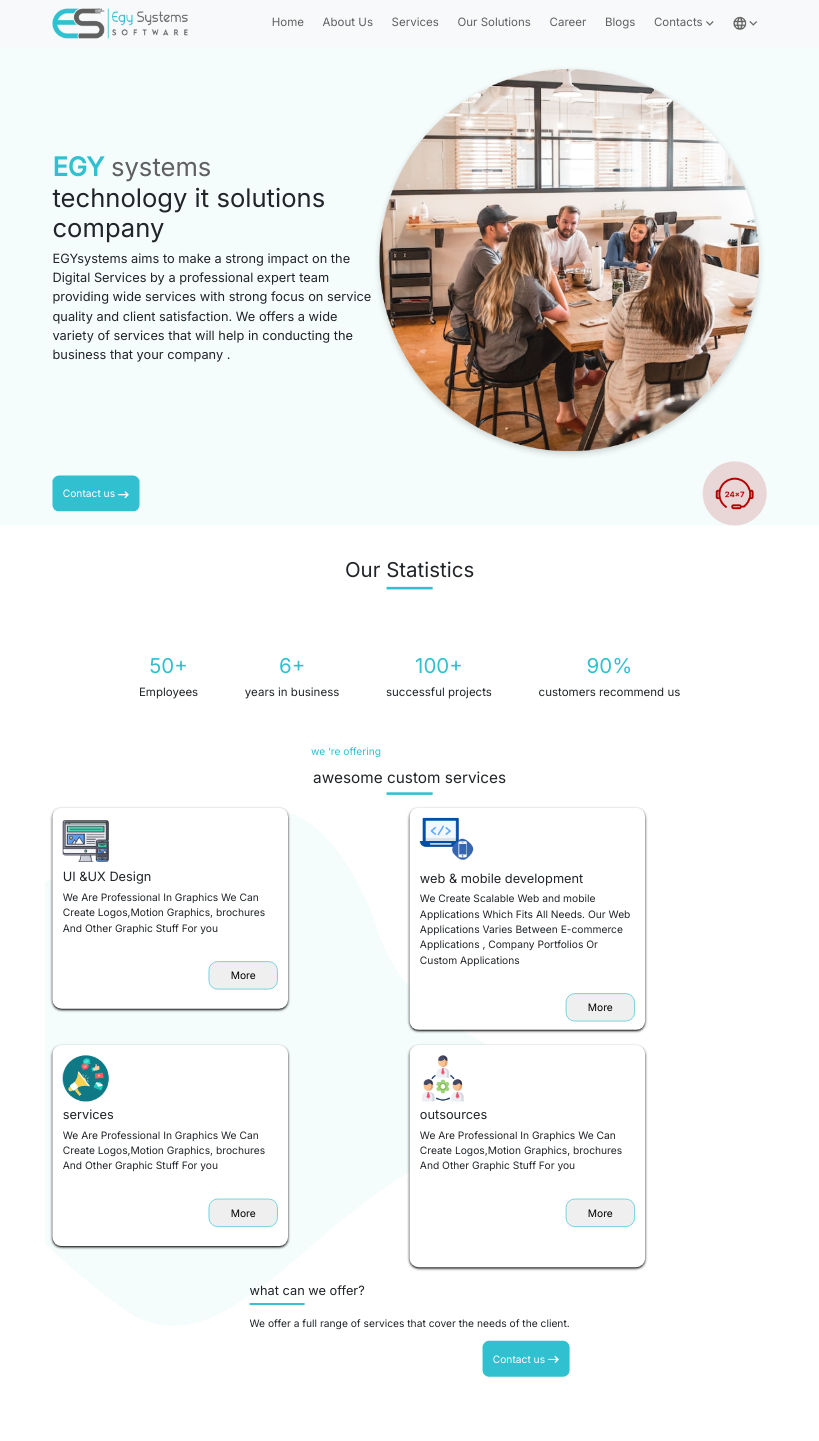
Repository: hamdyAbdelazeim/Egysystem-Home
Page: index.html
These files come from the project's save history. The page is drawn as it stood at one moment and after a run of saves; the edit follows.
The browser window is 1280 px wide. The pictures show the whole page, at 64% of full size.

Above is the page before, as saved 2023-07-13 11:23:39.

### index.html
<!DOCTYPE html>
<html lang="en">
  <head>
    <meta charset="UTF-8" />
    <meta name="viewport" content="width=device-width, initial-scale=1.0" />
    <title>Egy Systems</title>
    <!-- google fonts  -->
    <link rel="preconnect" href="https://fonts.googleapis.com" />
    <link rel="preconnect" href="https://fonts.gstatic.com" crossorigin />
    <link
      href="https://fonts.googleapis.com/css2?family=Inter&display=swap"
      rel="stylesheet"
    />
    <!-- bootstrap -->
    <link rel="stylesheet" href="/css/bootstrap.min.css" />
    <!-- css file  -->
    <link rel="stylesheet" href="/css/style.css" />
    <!-- Responsive file  -->
    <link rel="stylesheet" href="/css/responsive.css" />
  </head>
  <body>
    <!-- starting  Navbar  -->
    <nav class="navbar-cust navbar navbar-expand-lg bg-light fixed-top">
      <div class="container">
        <a href="#" class="navbar-brand"
          ><img src="/assets/logo 1.png" class="logo-img" alt="logo "
        /></a>

        <button
          class="navbar-toggler"
          type="button"
          data-bs-toggle="collapse"
          data-bs-target="#navmenu"
          style="border: none; box-shadow: none"
        >
          <span class="navbar-toggler-icon"
            ><img
              width="45"
              style="padding: 0.5rem"
              src="https://upload.wikimedia.org/wikipedia/commons/thumb/b/b2/Hamburger_icon.svg/120px-Hamburger_icon.svg.png"
              alt=""
          /></span>
        </button>

        <div class="collapse navbar-collapse" id="navmenu">
          <ul class="navbar-nav cust-ul">
            <li class="nav-item">
              <a href="#Home" class="nav-link cust-link">Home</a>
            </li>
            <li class="nav-item">
              <a href="#About" class="nav-link cust-link">About Us</a>
            </li>
            <li class="nav-item">
              <a href="#Services" class="nav-link cust-link">Services</a>
            </li>
            <li class="nav-item">
              <a href="#Solutions" class="nav-link cust-link">Our Solutions </a>
            </li>
            <li class="nav-item">
              <a href="#Career" class="nav-link cust-link">Career</a>
            </li>
            <li class="nav-item">
              <a href="#Blogs" class="nav-link cust-link">Blogs</a>
            </li>
            <li class="nav-item">
              <a href="" class="nav-link cust-link"
                >Contacts <img src="/assets/Vector.png" alt="vector"
              /></a>
            </li>
            <li class="nav-item">
              <a href="" class="nav-link language-icon"
                ><img src="/assets/language.png" alt="language" />
                <img src="/assets/Vector.png" alt=""
              /></a>
            </li>
          </ul>
        </div>
      </div>
    </nav>
    <!-- Ending Navbar  -->
    <!-- Home section  -->
    <div class="Home" id="Home">
      <div
        class="container Home-up d-flex justify-content-center align-items-center"
      >
        <div class="Home-left">
          <h1>
            <strong class="Egy">EGY</strong>
            <span class="system">systems</span> <br />technology it solutions<br />
            company
          </h1>
          <p>
            EGYsystems aims to make a strong impact on the Digital Services by a
            professional expert team providing wide services with strong focus
            on service quality and client satisfaction. We offers a wide variety
            of services that will help in conducting the business that your
            company .
          </p>
        </div>
        <img src="/assets/Ellipse 34.png" alt="" />
      </div>
      <div class="container d-flex justify-content-between align-items-center">
        <button class="contactUs-btn">
          Contact us <img src="/assets/Vector (right).png" alt="" />
        </button>
        <!-- <div>
          <img src="/assets/slider-left.png" alt="" /> 1/4
          <img src="/assets/slider-right.png" alt="" />
        </div> -->
        <img src="/assets//chat.png" alt="chat" />
      </div>
    </div>
    <!-- Ending Home  section  -->
    <!-- our statistics Section  -->
    <section class="our-statistics container w-100">
      <div class="statistics-up text-center">
        <h2>Our Statistics</h2>
        <p></p>
      </div>
      <div
        class="statistics-down d-flex align-items-center justify-content-between"
      >
        <div class="text-center">
          <h4>50+</h4>
          <p>Employees</p>
        </div>
        <div class="text-center">
          <h4>6+</h4>
          <p>years in business</p>
        </div>
        <div class="text-center">
          <h4>100+</h4>
          <p>successful projects</p>
        </div>
        <div class="text-center">
          <h4>90%</h4>
          <p>customers recommend us</p>
        </div>
      </div>
    </section>
    <!-- Ending our statistics  -->
    <!--  services   -->

    <!--  Ending services   -->
    <section class="services" id="services">
      <div class="service-up container">
        <p class="p-up">we ‘re offering</p>
        <h4 class="text-center">awesome custom services</h4>
        <p class="border-cust"></p>
      </div>
      <div class="service-down container d-flex align-items-center">
        <div class="service-down-left">
          <div class="service-item">
            <img src="/assets/service-item-1.png" alt="service-item-1" />
            <h5 class="mt-2">UI &UX Design</h5>
            <p>
              We Are Professional In Graphics We Can Create Logos,Motion
              Graphics, brochures And Other Graphic Stuff For you
            </p>
            <button>More</button>
          </div>
          <div class="service-item service-item-cust">
            <img src="/assets/service-item-2.png" alt="service-item-1" />
            <h5 class="mt-2">web & mobile development</h5>
            <p>
              We Create Scalable Web and mobile Applications Which Fits All
              Needs. Our Web Applications Varies Between E-commerce Applications
              , Company Portfolios Or Custom Applications
            </p>
            <button>More</button>
          </div>
          <div class="service-item">
            <img src="/assets/service-item-3.png" alt="service-item-1" />
            <h5 class="mt-2">services</h5>
            <p>
              We Are Professional In Graphics We Can Create Logos,Motion
              Graphics, brochures And Other Graphic Stuff For you
            </p>
            <button>More</button>
          </div>
          <div class="service-item service-item-cust">
            <img src="/assets/service-item-4.png" alt="service-item-1" />
            <h5 class="mt-2">outsources</h5>
            <p>
              We Are Professional In Graphics We Can Create Logos,Motion
              Graphics, brochures And Other Graphic Stuff For you
            </p>
            <button>More</button>
          </div>
        </div>
        <div class="service-down-right">
          <h5>what can we offer?</h5>
          <p class="border-p"></p>
          <p>
            We offer a full range of services that cover the needs of the
            client.
          </p>
          <button class="contactUs-btn float-end">
            Contact us <img src="/assets/Vector (right).png" alt="" />
          </button>
        </div>
      </div>
    </section>
    <!-- bootstrap js file  -->
    <script src="/js/bootstrap.bundle.min.js"></script>
  </body>
</html>

### css/style.css
/* setting my css roots  */

body {
  font-family: 'Inter', sans-serif;
}

:root {
  --primary: #30c0d0;
  --secondary: #606060;
  --third-party: #131313;
}

/* navbar  */
.cust-ul {
  width: 100%;
  justify-content: space-around;
  margin-left: 100px;
}

.cust-link {
  font-size: 18px;
  font-weight: 500;
  line-height: 22px;
  letter-spacing: 0em;
  text-align: left;
  color: var(--secondary);
  padding-bottom: 0.5rem;
}
.cust-link :hover {
  color: var(--primary) !important;
}
.nav-link:focus,
.nav-link:hover {
  color: var(--primary) !important;
  border-bottom: 2px solid var(--primary) !important;
  font-size: 20px;
}

.cust-link:active {
  color: var(--primary) !important;
  color: var(--primary) !important;
  border-bottom: 2px solid var(--primary) !important;
  font-size: 20px;
}

.language-icon {
  border-bottom: none !important;
  font-size: 12px !important;
}
/* Ending Navbar  */

/* Home Section  */
.Home {
  padding-top: 100px;
  background-color: #f4fcfc;
}

.Egy {
  color: var(--primary);
}
.system {
  color: var(--secondary);
}
.Home-left p {
  font-size: 20px;
}
.contactUs-btn {
  background-color: var(--primary);
  color: white;
  border: none;
  padding: 16px;
  border-radius: 10px;
  -webkit-border-radius: 10px;
  -moz-border-radius: 10px;
  -ms-border-radius: 10px;
  -o-border-radius: 10px;
}

/* Ending Home Section  */

/* our statistics Section  */

.our-statistics {
  width: 100%;
}
.statistics-up,
.statistics-down {
  padding-top: 50px;
  padding-bottom: 50px;
  width: 846px;
  margin: auto;
}
.statistics-up p {
  width: 72px;
  margin: auto;
  border-bottom: 4px solid var(--primary);
}
.statistics-down h4 {
  color: var(--primary);
  font-size: 32px;
}
.statistics-down p {
  font-size: 18px;
}

/* services */
.services {
  width: 100%;
}
.services .service-up {
  width: 332px;
  margin: auto;
  padding-bottom: 20px;
}
.services .service-up .p-up {
  text-align: start;
  font-size: 16px;
  color: var(--primary);
}

.services.service-up h4 {
  color: var(--third-party);
  font-size: 32px;
}
.services .service-up .border-cust {
  width: 72px;
  margin: auto;
  border-bottom: 4px solid var(--primary);
}

.service-down {
  background-image: url('/assets/Ellipse\ 53.png');
  background-repeat: no-repeat;
  margin-bottom: 100px;
}
.service-down .service-down-left {
  width: 65%;
  display: grid;
  grid-template-columns: auto auto;
}
.service-down .service-down-left .service-item {
  width: 368px;
  height: 314px;
  background-color: #ffffff;
  box-shadow: 0px 2px 4px 0px #000000;
  border-radius: 14px;
  -webkit-border-radius: 14px;
  -moz-border-radius: 14px;
  -ms-border-radius: 14px;
  -o-border-radius: 14px;
  padding: 1rem;
  margin-bottom: 1.5rem;
}
.service-down .service-down-left .service-item button {
  width: 108px;
  height: 44px;
  border: 1px solid var(--primary);
  padding: 0px, 16px, 0px, 16px;
  gap: 8px;
  border-radius: 14px;
  -webkit-border-radius: 14px;
  -moz-border-radius: 14px;
  -ms-border-radius: 14px;
  -o-border-radius: 14px;
  float: right;
  margin-top: 1.5rem;
}
.service-down .service-down-left .service-item button:hover {
  background-color: var(--primary);
  border: 1px solid var(--third-party);
  transition-duration: 0.3s;
  transition-timing-function: ease-in-out;
}

.service-item-cust {
  height: 347px !important;
  margin-bottom: 1.5rem !important;
}

.border-p {
  width: 86px;
  border-bottom: 3px solid var(--primary);
}

### css/responsive.css
@media only screen and (max-width: 1400px) {
  .service-down {
    flex-direction: column;
  }
  .service-down-left {
    width: 100% !important;
  }
}
@media only screen and (max-width: 1025px) {
  .cust-link {
    font-size: 15px !important;
  }
}
@media only screen and (max-width: 1000px) {
  /* navbar */
  .cust-ul {
    margin-left: 0;
  }
  .cust-link {
    font-size: 18px;
  }
  /* HOME section  */
  .Home-up {
    flex-wrap: wrap;
  }

  .Home-up img {
    width: 90%;
  }
  /* Our Statistics */
  .statistics-up,
  .statistics-down {
    width: 100%;
  }
  /* services */
  .service-down-left {
    grid-template-columns: auto !important;
  }
  .service-item {
    width: 100% !important;
  }
}

@media only screen and (max-width: 600px) {
  /* Our Statistics */
  .statistics-down {
    flex-direction: column;
  }
}

@media only screen and (max-width: 280px) {
  .logo-img {
    width: 160px;
  }
  .services .service-up {
    width: 270px;
  }
  .service-item p {
    font-size: 12px;
  }
}

Loaded but not shown: css/bootstrap.min.css (library); js/bootstrap.bundle.min.js (library)

After the next 2 saves:
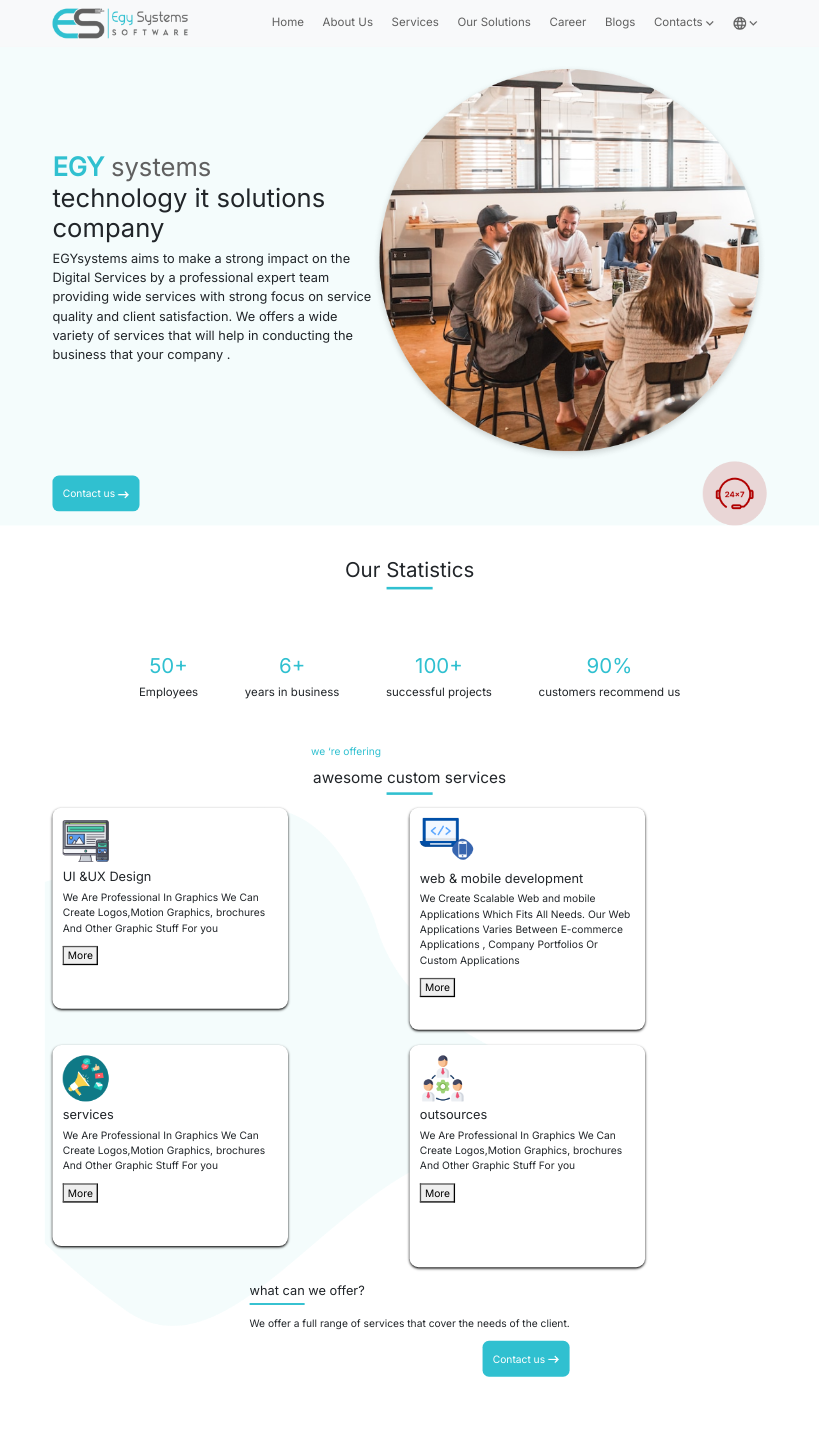
The 2 saves are shown as one change because they came seconds apart.
The last was saved 10 min 48 s later.
--- a/css/style.css
+++ b/css/style.css
@@ -151,6 +151,7 @@
   padding: 1rem;
   margin-bottom: 1.5rem;
 }
+.service-item:
 .service-down .service-down-left .service-item button {
   width: 108px;
   height: 44px;

After the 3 saves that followed:
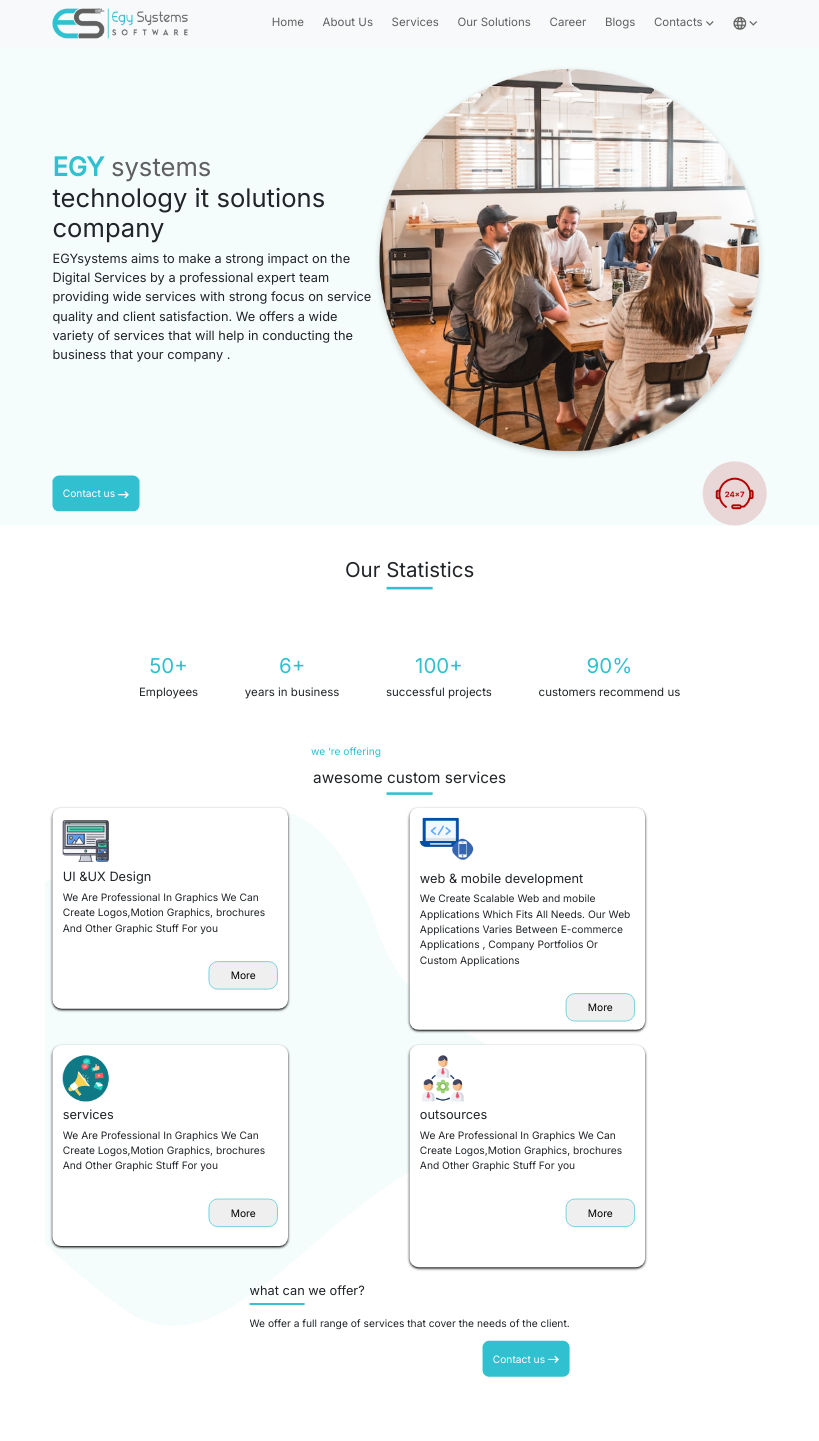
The 3 saves are shown as one change because they came seconds apart.
The last was saved 11 s later.
--- a/css/style.css
+++ b/css/style.css
@@ -151,7 +151,9 @@
   padding: 1rem;
   margin-bottom: 1.5rem;
 }
-.service-item:
+.service-item:hover {
+  background-color: var(--primary);
+}
 .service-down .service-down-left .service-item button {
   width: 108px;
   height: 44px;
